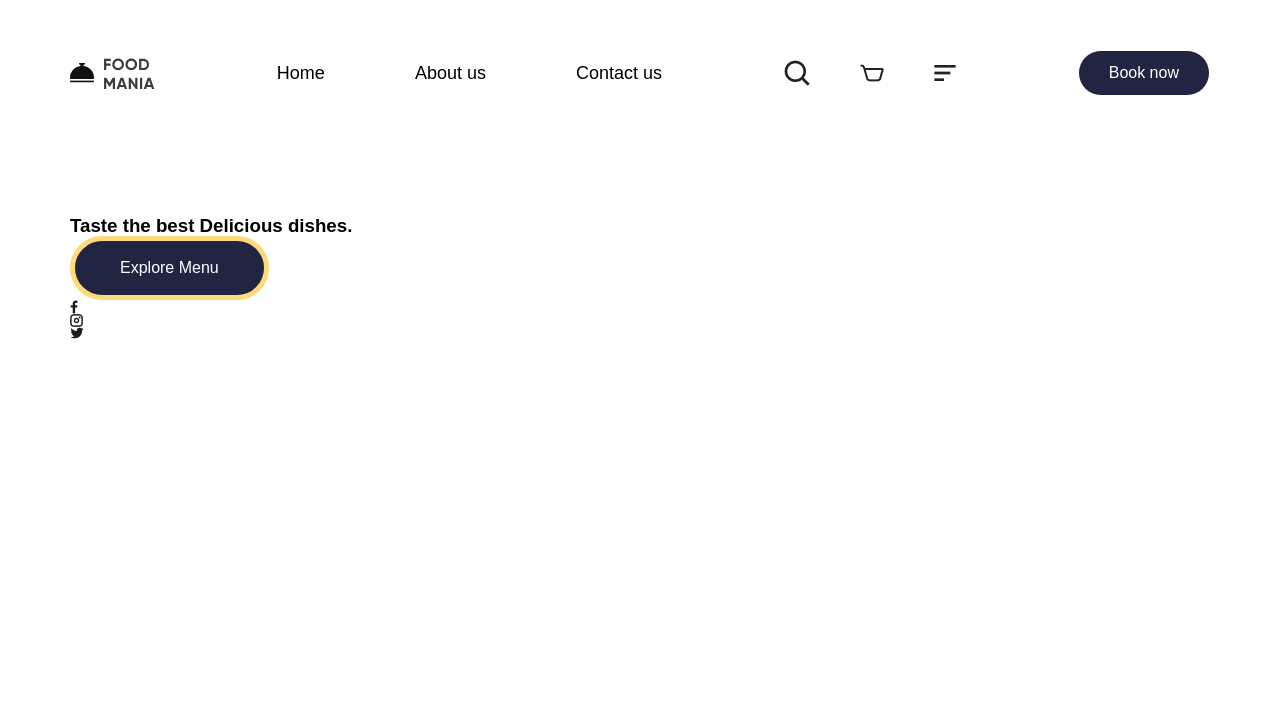
Repository: hoang0508/Figmafood
Page: index.html
The author's editor kept a copy of each file at every save. The page is drawn from the files as they stood at one save, then again after the next save.
The browser window is 1280 px wide. The pictures show the whole page.
The style sheet was rebuilt from its Sass, Less or Tailwind sources for each picture, by a compiler version that may differ from the author's.

Above is the page before, as saved 2021-11-08 09:24:28.

After the next save:
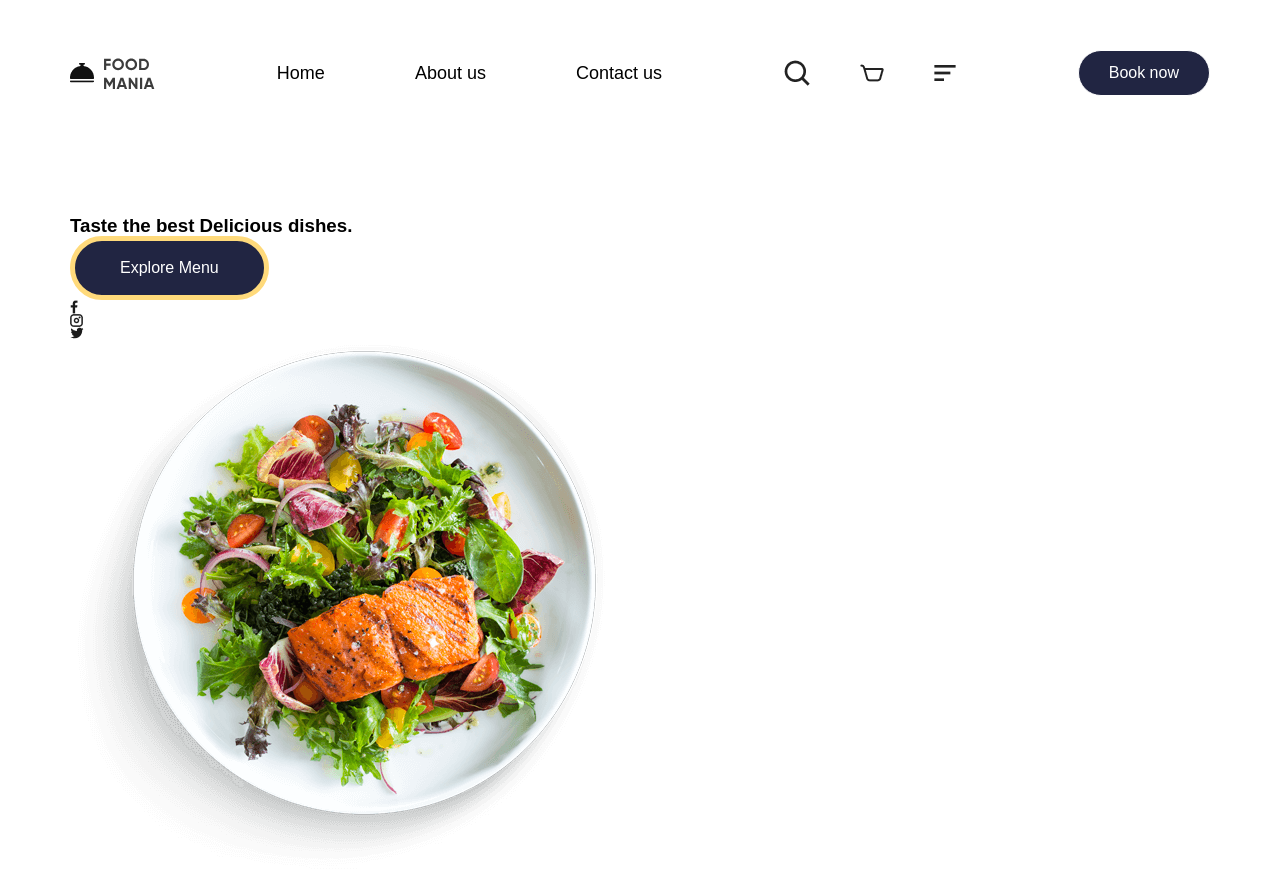
Saved 3 min 58 s later.
--- a/index.html
+++ b/index.html
@@ -76,7 +76,14 @@
                   </a>
                 </div>
               </div>
-              <div class="hero-image"></div>
+              <div class="hero-image">
+                <div class="header-image--big">
+                  <img
+                    src="./images/kisspng-hamburger-street-food-seafood-fast-food-delicious-food-5a75083cceaf41 1.png"
+                    alt=""
+                  />
+                </div>
+              </div>
             </div>
           </div>
         </section>
